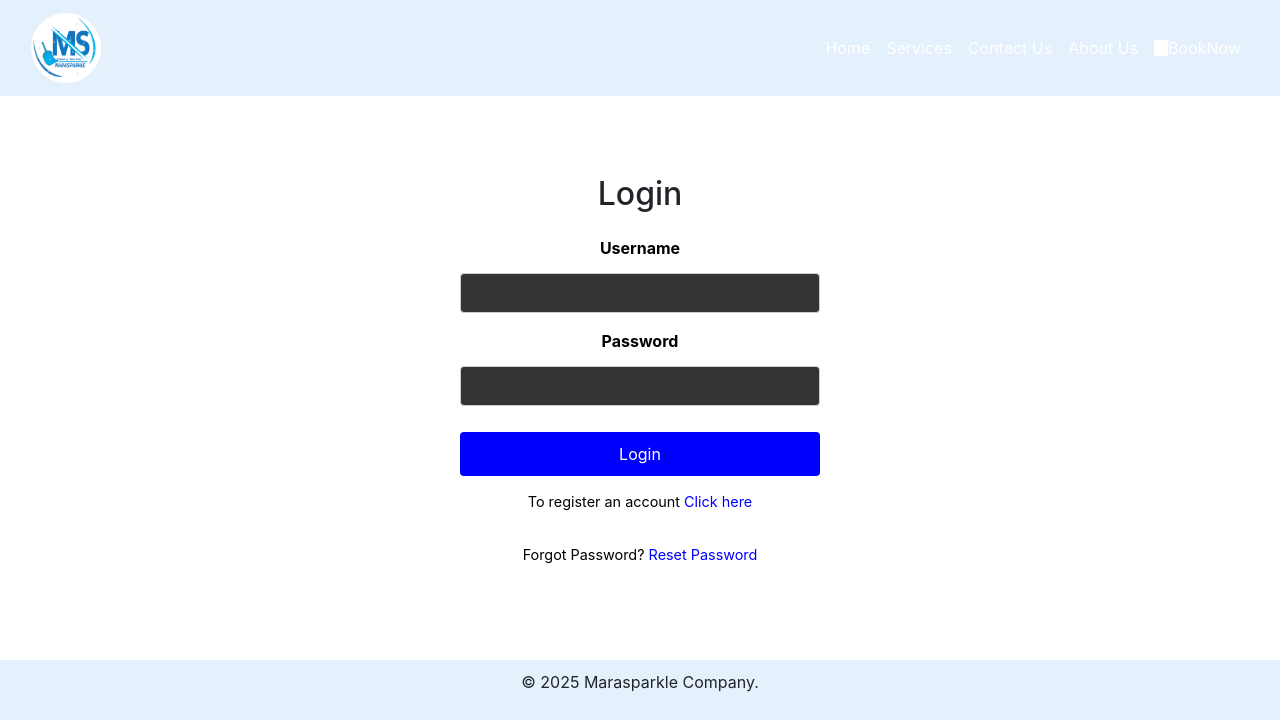
Repository: guineveretim/sparkle
Page: http://localhost/login/
These files come from the project's save history. The page is drawn as it stood at one moment and after the next save; the edit follows.
The browser window is 1280 px wide. The pictures show the whole page.
The page is served by the project's application, run on Django 5.2 (manage.py).

Above is the page before, as saved 2025-03-27 17:05:54.

After the next save:
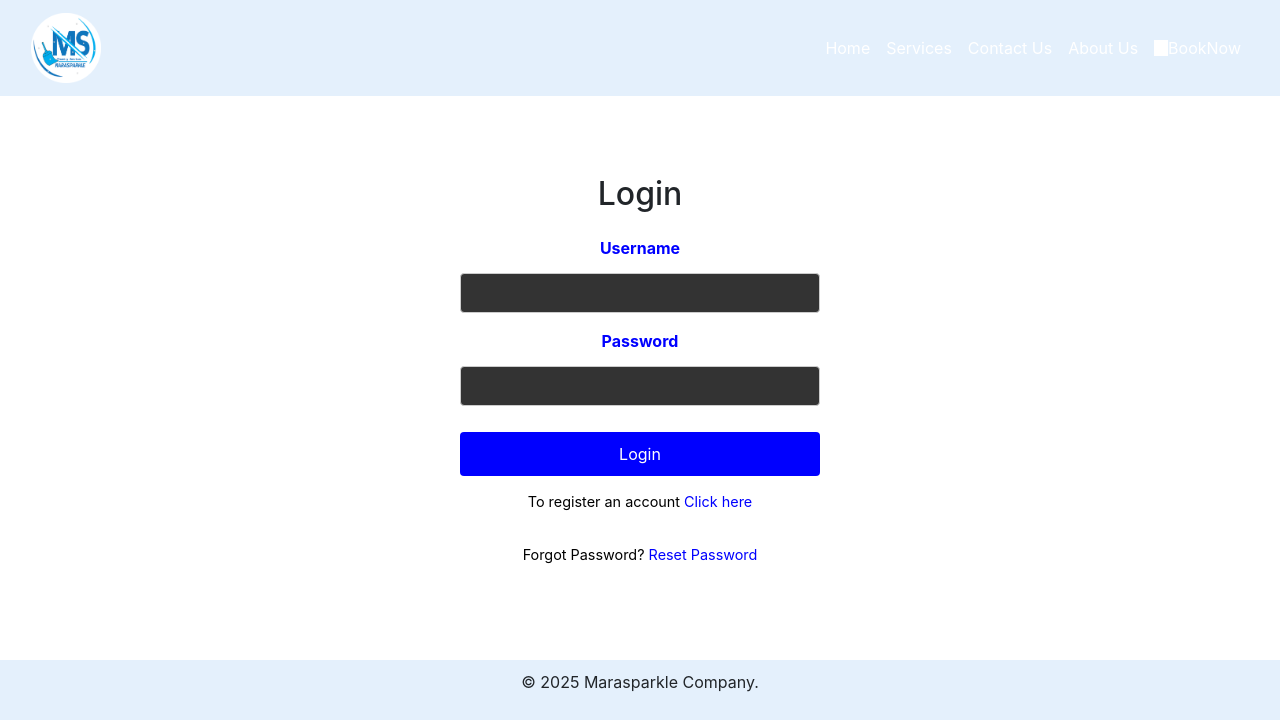
Saved 10 s later.
--- a/templates/authentication/login.html
+++ b/templates/authentication/login.html
@@ -73,7 +73,7 @@
             display: block;
             margin-bottom: 5px;
             font-weight: bold;
-            color:black;
+            color:blue;
         }
 
         input[type="text"],
